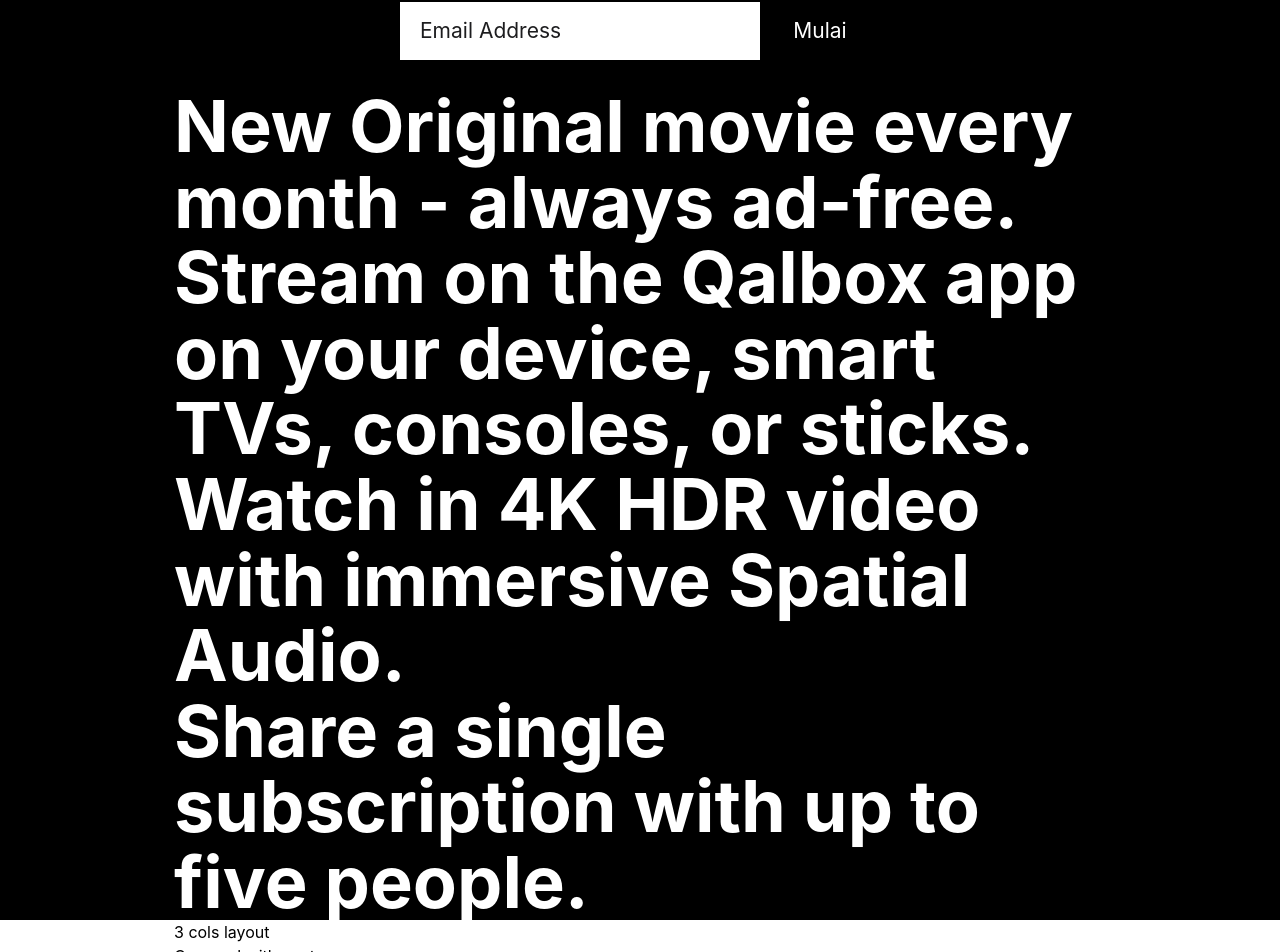
Repository: iqmalr/qalbox-rebuild
Page: /
These files come from the project's save history. The page is drawn as it stood at one moment and after the next save; the edit follows.
The browser window is 1280 px wide. The pictures show the part of the page from y = 632 to 1584 px (the page is 1600 px tall before and 1744 px after).
Pictures or frames that could not be fetched are drawn as grey boxes. Some web fonts or font styles are not loaded; a fallback is used. The project was rebuilt for these pictures with package versions that can differ from the ones it lists, and the page was loaded fresh each time. Also part of the build but not shown: vite.config.ts. Imported but missing from the stored project, and not drawn on this page: src/assets/Hero.mp4.

Above is the page before, as saved 2024-09-16 13:52:09.

After the next save:
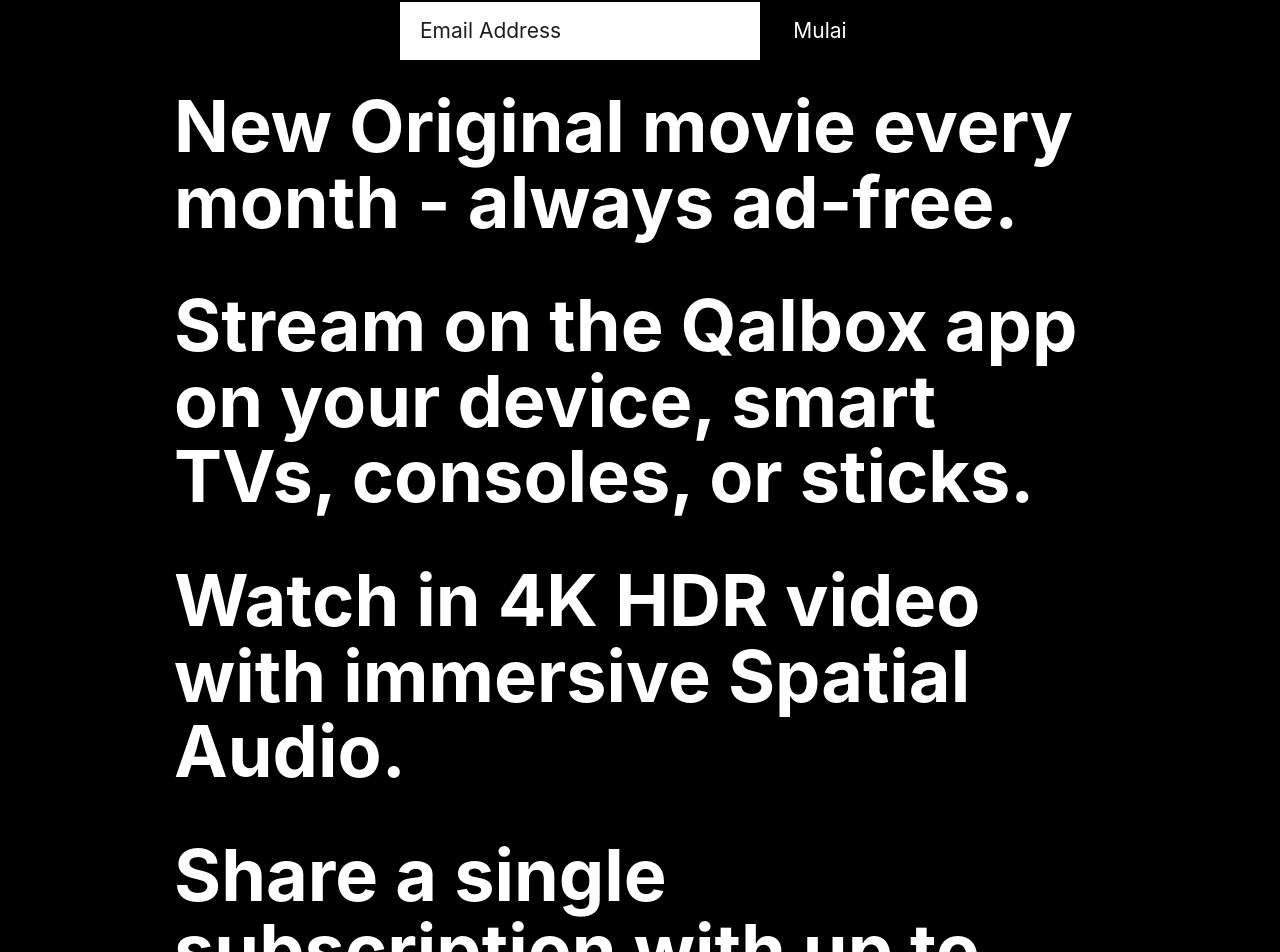
Saved 58 s later.
--- a/src/components/sections/USPS.tsx
+++ b/src/components/sections/USPS.tsx
@@ -2,7 +2,7 @@
 
 export const USPS = () => {
   return (
-    <CustomContainer className="font-bold text-white">
+    <CustomContainer className="space-y-12 font-bold text-white">
       <p className="text-72">
         New Original movie every month - always ad-free.
       </p>
